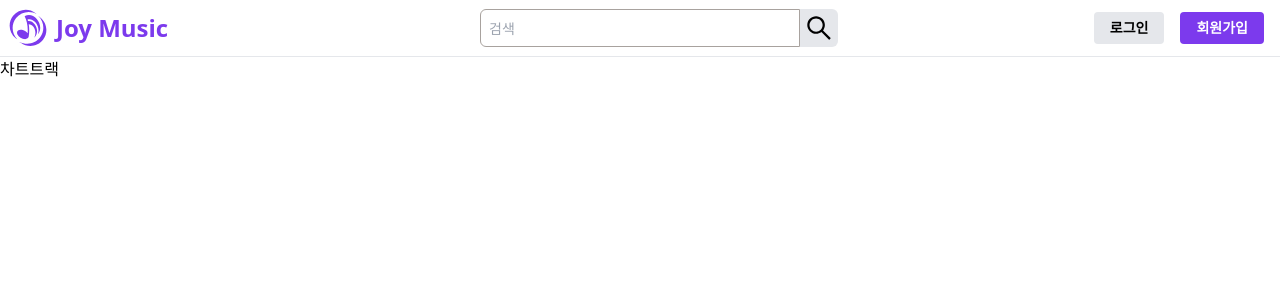
Repository: momo0170/streaming
Page: /chartTrack
The author's editor kept a copy of each file at every save. The page is drawn from the files as they stood at one save, then again after the next save.
The browser window is 1280 px wide. The pictures show the whole page.
The project was rebuilt for these pictures with package versions that can differ from the ones it lists, and the page was loaded fresh each time. Also part of the build but not shown: src/App.css, src/components/MenuBar.jsx, src/router/Home.jsx.

Above is the page before, as saved 2023-09-22 16:06:32.

### src/index.js
import React from 'react';
import ReactDOM from 'react-dom/client';
import './index.css';
import App from './App';
import { RouterProvider, createBrowserRouter } from 'react-router-dom';
import Home from './router/Home';
import ChartTrack from './router/ChartTrack';

const router = createBrowserRouter([
  {
    path: '/',
    element: <App />,
    children: [
      {
        index: true,
        element: <Home />,
      },
      {
        path: 'chartTrack',
        element: <ChartTrack />,
      },
    ],
  },
]);
const root = ReactDOM.createRoot(document.getElementById('root'));
root.render(
  <RouterProvider router={router}>
    <App />
  </RouterProvider>
);

### src/index.css
/* index.css 📂 */

@tailwind base;
@tailwind components;
@tailwind utilities;

### src/App.js
import { Outlet } from 'react-router-dom';
import './App.css';
import Header from './components/Header';

function App() {
  return (
    <>
      <Header />
      <Outlet />
    </>
  );
}

export default App;

### src/router/ChartTrack.jsx
import React from 'react';

export default function ChartTrack() {
  return <button>차트트랙</button>;
}

### src/components/Header.jsx
import React from 'react';
import { GiMusicSpell } from 'react-icons/gi';
import { AiOutlineSearch } from 'react-icons/ai';
import { Link } from 'react-router-dom';

export default function Header() {
  const handleSubmit = (e) => {
    e.preventDefault();
  };
  return (
    <header className="flex justify-between p-2 border-b h-13 items-center">
      <Link to="/" className="flex items-center">
        <GiMusicSpell
          size="40"
          color="#7c3aed"
          className="hover:animate-spin"
        />
        <div className="text-violet-600 text-2xl ml-2 font-bold">Joy Music</div>
      </Link>
      <form className="flex transform translate-x-8" onSubmit={handleSubmit}>
        <input
          type="text"
          placeholder="검색"
          className="rounded-l-md border border-stone-400 p-1 px-2 focus:shadow-inner2 outline-none focus:border-violet-600 placeholder:text-sm hover:shadow-hoverInput hover:border-hoverInput w-80"
        />
        <button className="bg-gray-200 p-1 rounded-r-md box-border hover:bg-gray-300">
          <AiOutlineSearch size="30" />
        </button>
      </form>
      <div className="flex">
        <button className="bg-gray-200 mx-2 px-4 py-1.5 rounded text-sm font-semibold hover:bg-gray-300">
          로그인
        </button>
        <button className="bg-violet-600 text-white mx-2 px-4 py-1.5 rounded text-sm font-semibold hover:bg-violet-700">
          회원가입
        </button>
      </div>
    </header>
  );
}

### tailwind.config.js
/** @type {import('tailwindcss').Config} */
module.exports = {
  content: ['./src/**/*.{js,jsx,ts,tsx}'],
  theme: {
    extend: {
      borderWidth: {
        1.5: '1.5px',
      },
      boxShadow: {
        inner2: '0 0 0 1.5px #7c3aed inset',
        hoverInput: '0 0 0 1px #ABABAB inset',
      },
      borderColor: {
        hoverInput: '#ABABAB',
      },
    },
  },
  plugins: [],
};

Loaded but not shown: public/index.html (common file)

After the next save:
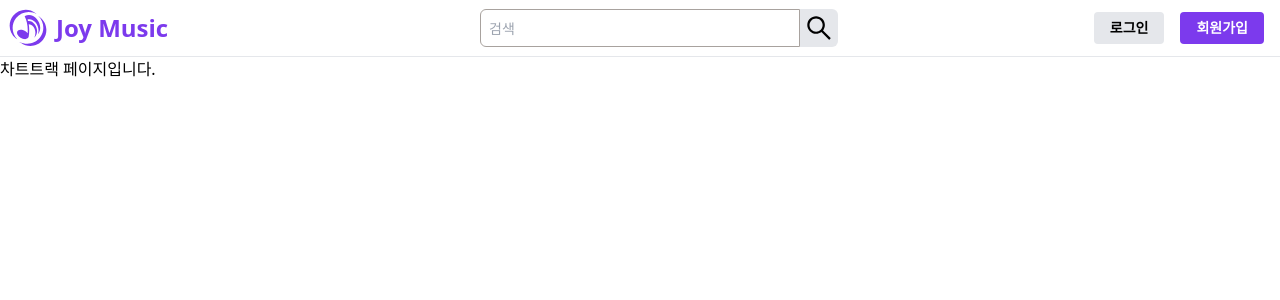
Saved 9 s later.
--- a/src/router/ChartTrack.jsx
+++ b/src/router/ChartTrack.jsx
@@ -1,5 +1,5 @@
 import React from 'react';
 
 export default function ChartTrack() {
-  return <button>차트트랙</button>;
+  return <button>차트트랙 페이지입니다.</button>;
 }
